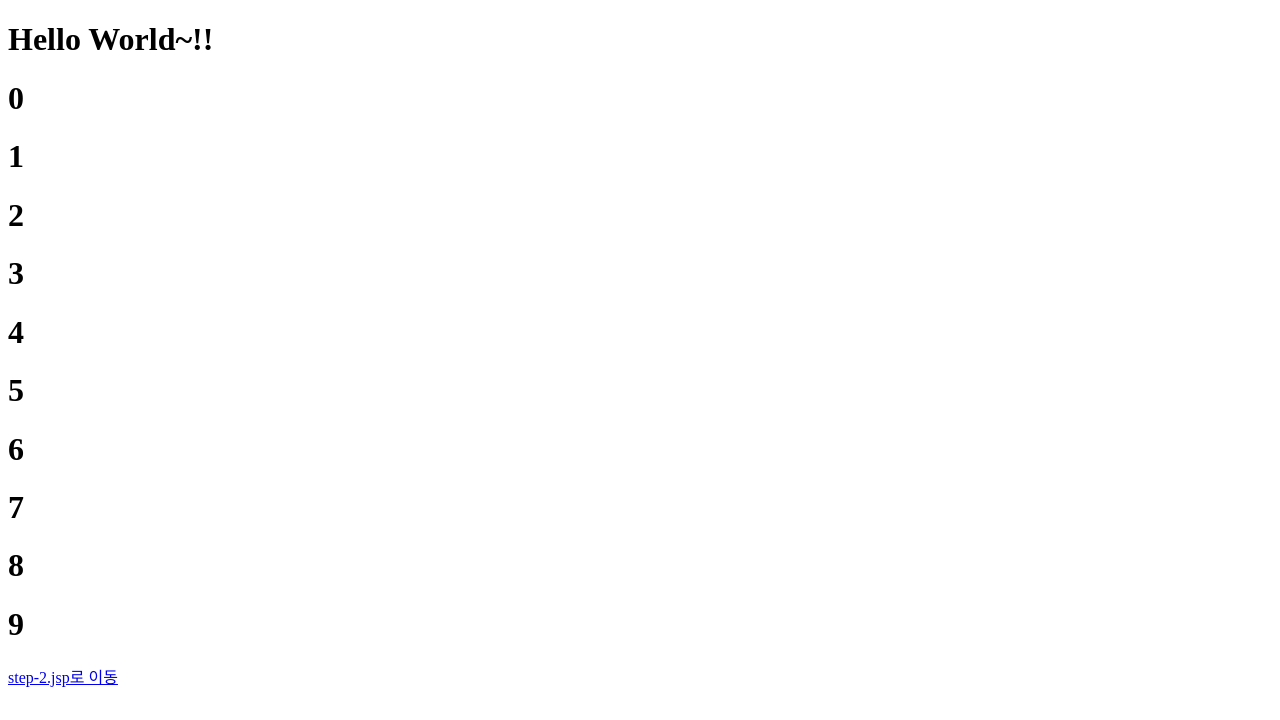
Repository: HaeunOh/study
Page: http://localhost/jstl_study/step-1.jsp
These files come from the project's save history. The page is drawn as it stood at one moment and after the next save; the edit follows.
The browser window is 1280 px wide. The pictures show the whole page.
The page is served by Tomcat 9.

Above is the page before, as saved 2024-04-11 02:54:25.

After the next save:
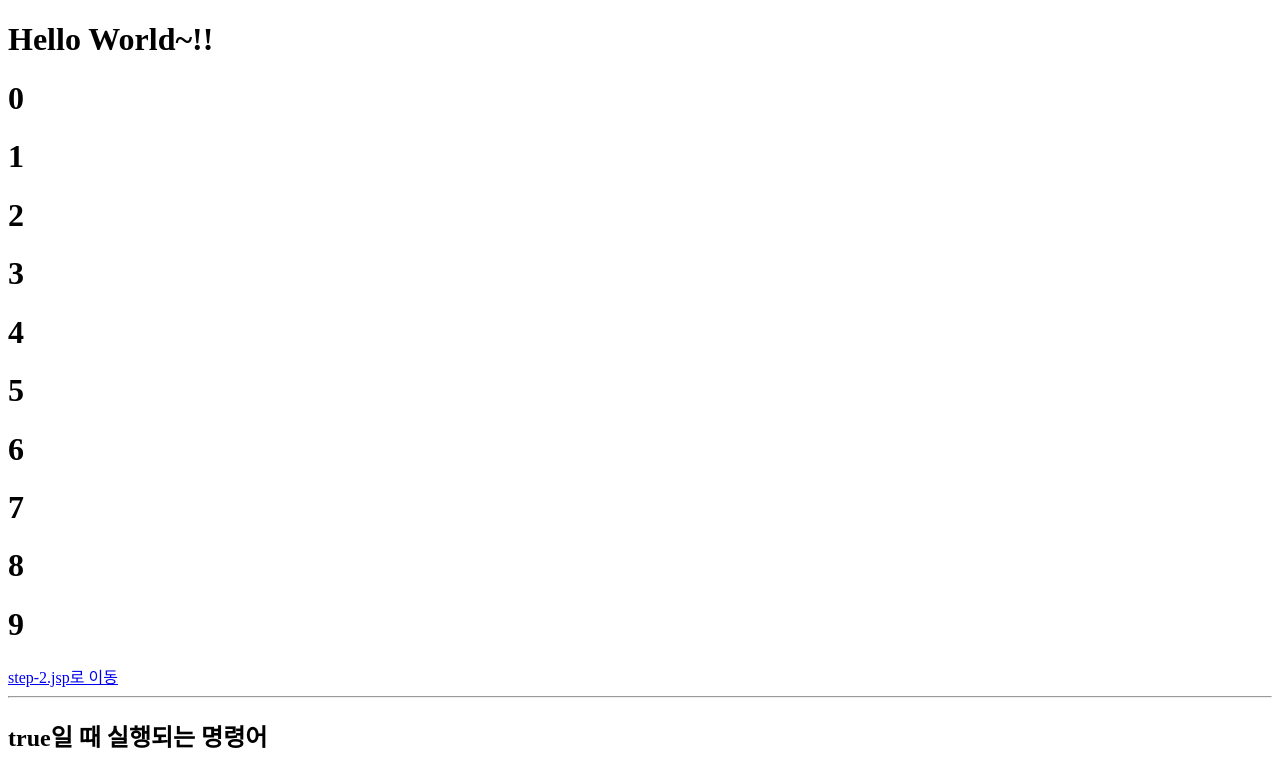
Saved 70 s later.
--- a/_jstl_workspace/jstl_study/src/main/webapp/step-1.jsp
+++ b/_jstl_workspace/jstl_study/src/main/webapp/step-1.jsp
@@ -15,5 +15,12 @@
 	<!-- ? > query String 방식 / 띄어쓰기 X
 			주소?정보=11&정보=22 -->
 	<a href="step-2.jsp?name=홍길동&age=18"> step-2.jsp로 이동 </a>
+
+	<hr>
+	<!-- 조건문 -->
+	<c:if test="true">
+		<h2>true일 때 실행되는 명령어</h2>
+
+	</c:if>
 </body>
 </html>

After the save that followed:
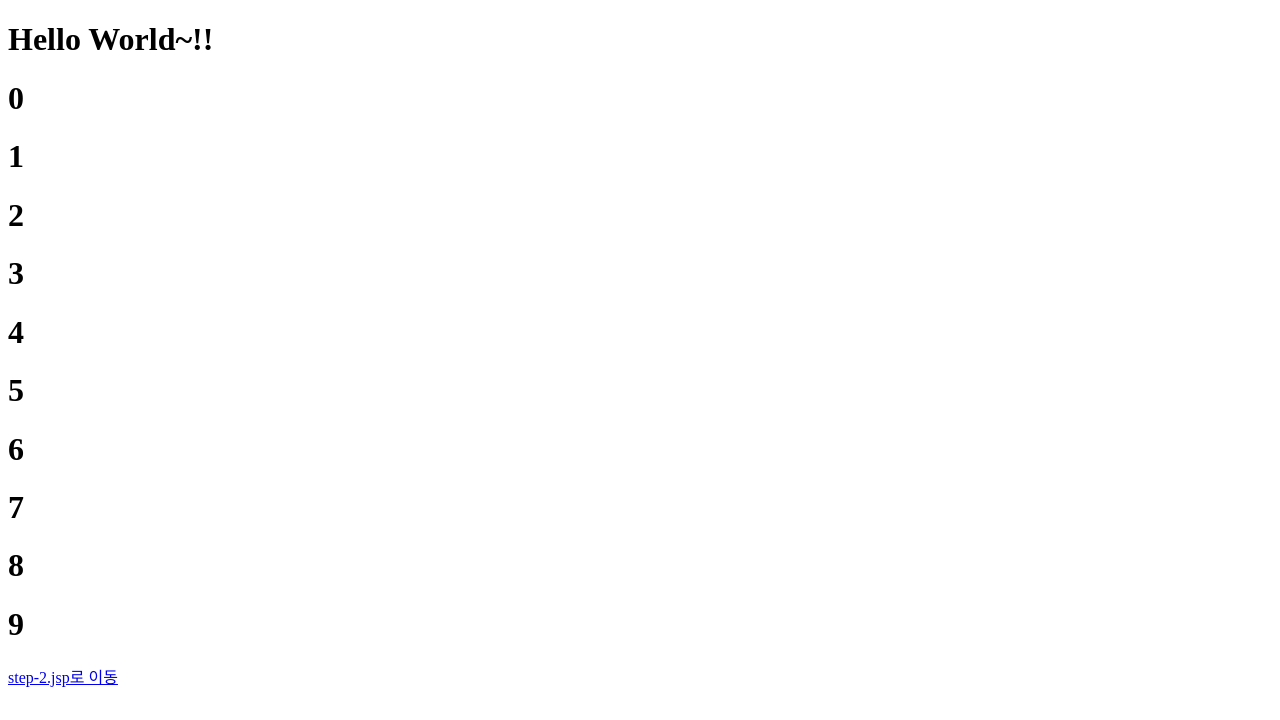
Saved 42 s later.
--- a/_jstl_workspace/jstl_study/src/main/webapp/step-1.jsp
+++ b/_jstl_workspace/jstl_study/src/main/webapp/step-1.jsp
@@ -1,6 +1,6 @@
 <%@ page language="java" contentType="text/html; charset=UTF-8"
     pageEncoding="UTF-8"%>
-    <%@ taglib uri="http://java.sun.com/jsp/jstl/core" prefix="c" %>
+
 <!DOCTYPE html>
 <html>
 <head>
@@ -16,11 +16,5 @@
 			주소?정보=11&정보=22 -->
 	<a href="step-2.jsp?name=홍길동&age=18"> step-2.jsp로 이동 </a>
 
-	<hr>
-	<!-- 조건문 -->
-	<c:if test="true">
-		<h2>true일 때 실행되는 명령어</h2>
-
-	</c:if>
 </body>
 </html>
